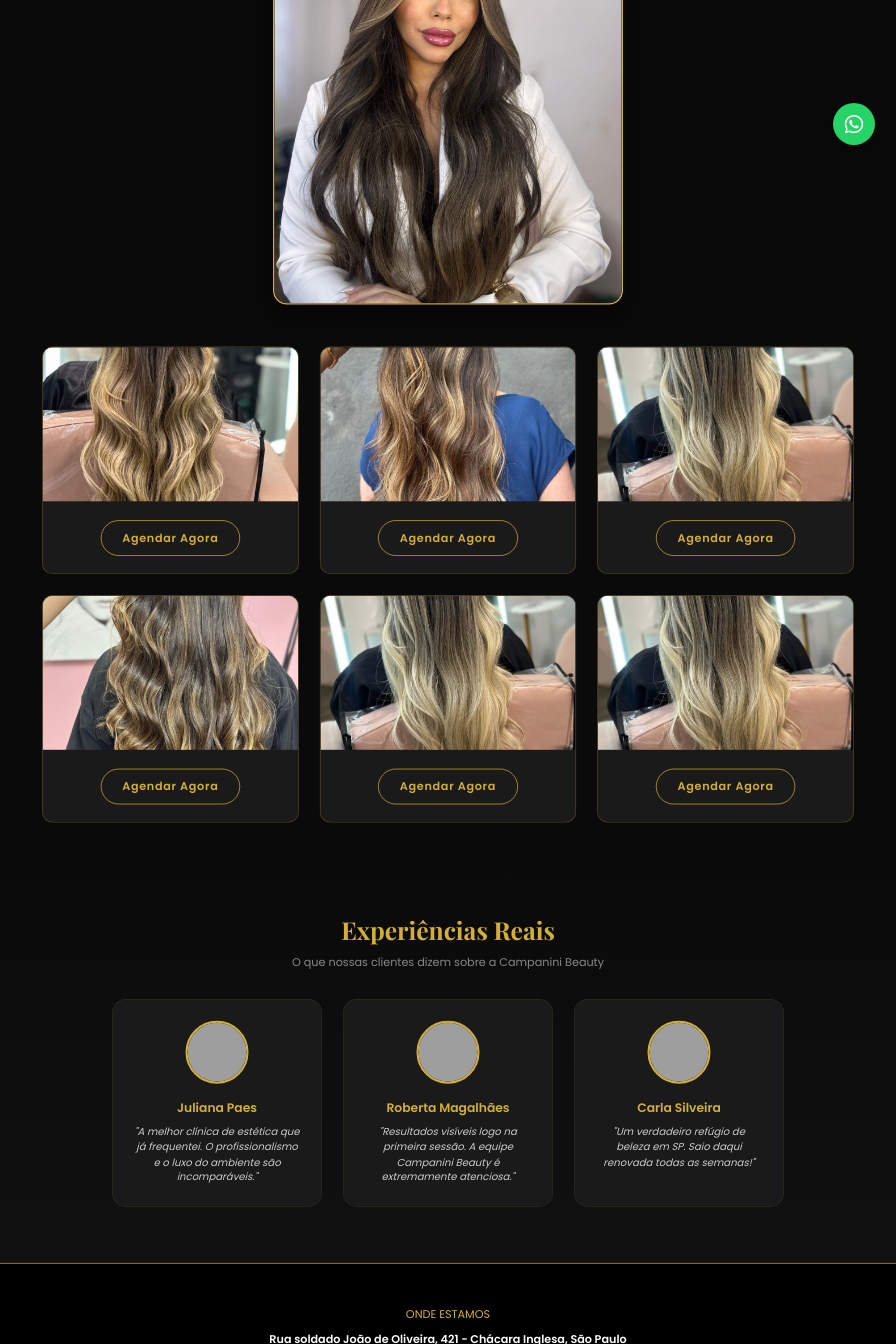
Repository: Sandro1969-tech/campanini-beauty
Page: index.html
An editor plug-in stored every save of this project. The page is shown before and after the next save, followed by the edit.
The browser window is 1280 px wide. The pictures show the part of the page from y = 483 to 2403 px (the page is 2941 px tall), at 70% of full size.
Pictures or frames that could not be fetched are drawn as grey boxes.

Above is the page before, as saved 2026-02-17 19:43:36.

### index.html
<!DOCTYPE html>
<html lang="pt-br">
<head>
    <meta charset="UTF-8">
    <meta name="viewport" content="width=device-width, initial-scale=1.0">
    <title>Campanini Beauty | Clínica Premium</title>
    <link rel="icon" href="assets/image/favicon.png" type="image/x-icon">
    <link href="https://fonts.googleapis.com/css2?family=Playfair+Display:wght@700&family=Poppins:wght@300;400;600&display=swap" rel="stylesheet">
    <link rel="stylesheet" href="https://cdnjs.cloudflare.com/ajax/libs/font-awesome/6.0.0/css/all.min.css">

    <style>
        :root {
            --gold: #D4AF37;
            --gold-light: #F1D592;
            --black: #0a0a0a;
            --dark-gray: #1a1a1a;
            --white: #ffffff;
            --transition: all 0.4s cubic-bezier(0.175, 0.885, 0.32, 1.275);
        }

        .light-mode {
            --black: #f4f4f4;
            --dark-gray: #ffffff;
            --white: #0a0a0a;
        }

        * { margin: 0; padding: 0; box-sizing: border-box; }

        body {
            background-color: var(--black);
            color: var(--white);
            font-family: 'Poppins', sans-serif;
            transition: background 0.5s ease;
            overflow-x: hidden;
        }

        header {
            padding: 15px 30px;
            display: flex;
            justify-content: space-between;
            align-items: center;
            background: rgba(0,0,0,0.9);
            position: sticky;
            top: 0;
            z-index: 1000;
            border-bottom: 1px solid var(--gold);
        }

        .logo img { height: 50px; }

        .theme-switch { cursor: pointer; font-size: 1.5rem; color: var(--gold); }

        /* --- TÍTULO PULSANTE ATUALIZADO --- */
        .pulsing-title {
            font-family: 'Playfair Display', serif;
            font-size: 3.5rem;
            text-align: center;
            color: var(--gold);
            margin: 40px 0;
            animation: pulse 2.5s infinite;
            letter-spacing: 2px;
        }

        @keyframes pulse {
            0% { transform: scale(1); text-shadow: 0 0 5px rgba(212, 175, 55, 0.2); }
            50% { transform: scale(1.05); text-shadow: 0 0 25px var(--gold); }
            100% { transform: scale(1); text-shadow: 0 0 5px rgba(212, 175, 55, 0.2); }
        }

        /* --- IMAGEM PRINCIPAL CENTRALIZADA E MENOR --- */
        .hero {
            width: 100%;
            display: flex;
            justify-content: center;
            padding: 10px 20px;
        }

        .hero img {
            max-width: 500px; /* Tamanho reduzido para não ocupar a tela toda */
            width: 100%;
            height: auto;
            border-radius: 20px;
            object-fit: cover;
            border: 2px solid var(--gold);
            box-shadow: 0 15px 35px rgba(0,0,0,0.6);
        }

        /* --- GRID DE SERVIÇOS --- */
        .container { max-width: 1200px; margin: 50px auto; padding: 0 20px; }
        .grid { display: grid; grid-template-columns: repeat(auto-fit, minmax(280px, 1fr)); gap: 30px; }

        .card {
            background: var(--dark-gray);
            border: 1px solid rgba(212, 175, 55, 0.3);
            border-radius: 15px;
            overflow: hidden;
            text-align: center;
            padding-bottom: 25px;
            transition: var(--transition);
        }

        .card:hover {
            transform: translateY(-10px);
            border-color: var(--gold);
            box-shadow: 0 10px 30px rgba(212, 175, 55, 0.2);
        }

        .card img {
            width: 100%;
            height: 220px;
            object-fit: cover; /* Garante que a imagem não fique esticada */
        }

        /* --- SEÇÃO DE DEPOIMENTOS --- */
        .testimonials-section {
            padding: 80px 20px;
            background: linear-gradient(180deg, var(--black) 0%, #111 100%);
            text-align: center;
        }

        .testimonials-grid {
            display: flex;
            justify-content: center;
            flex-wrap: wrap;
            gap: 30px;
            margin-top: 40px;
        }

        .testimonial-card {
            background: var(--dark-gray);
            padding: 30px;
            border-radius: 20px;
            width: 300px;
            border: 1px solid rgba(212, 175, 55, 0.1);
            position: relative;
        }

        .testimonial-card img {
            width: 90px;
            height: 90px;
            border-radius: 50%;
            border: 3px solid var(--gold);
            margin-bottom: 15px;
            object-fit: cover;
        }

        .testimonial-card h4 { color: var(--gold); margin-bottom: 10px; font-size: 1.1rem; }
        .testimonial-card p { font-style: italic; font-size: 0.9rem; color: #ccc; line-height: 1.5; }

        .btn-booking {
            display: inline-block;
            margin-top: 20px;
            padding: 12px 30px;
            background: transparent;
            color: var(--gold);
            border: 1px solid var(--gold);
            border-radius: 50px;
            text-decoration: none;
            font-weight: 600;
            letter-spacing: 1px;
            transition: var(--transition);
        }

        .btn-booking:hover {
            background: var(--gold);
            color: var(--black);
            transform: scale(1.05);
        }

        /* WhatsApp */
        .whatsapp-float {
            position: fixed; bottom: 30px; right: 30px;
            background: #25d366; color: white;
            width: 60px; height: 60px; border-radius: 50%;
            display: flex; align-items: center; justify-content: center;
            font-size: 30px; z-index: 1000; text-decoration: none;
            box-shadow: 0 4px 15px rgba(0,0,0,0.3);
        }

        footer { padding: 60px 20px; text-align: center; border-top: 1px solid var(--gold); background: #000; }
        .map-container { margin: 30px auto; max-width: 900px; height: 350px; border: 1px solid var(--gold); border-radius: 10px; overflow: hidden; }

    </style>
</head>
<body>

    <header>
        <div class="logo">
            <img src="assets/image/Logo-campanini.png" alt="Campanini Beauty">
        </div>
        <div class="theme-switch" onclick="toggleTheme()">
            <i id="theme-icon" class="fas fa-moon"></i>
        </div>
    </header>

    <h1 class="pulsing-title">Campanini Beauty</h1>

    <div class="hero">
        <img src="assets/image/principal.jpg" alt="Destaque Campanini Beauty">
    </div>

    <div class="container">
        <div class="grid">
            <div class="card">
                <img src="assets/image/imagem1.jpg" alt="Procedimento">
                <a href="#" class="btn-booking">Agendar Agora</a>
            </div>
            <div class="card">
                <img src="assets/image/imagem2.jpg" alt="Procedimento">
                <a href="#" class="btn-booking">Agendar Agora</a>
            </div>
            <div class="card">
                <img src="assets/image/imagem3.jpg" alt="Procedimento">
                <a href="#" class="btn-booking">Agendar Agora</a>
            </div>
                        <div class="card">
                <img src="assets/image/imagem4.jpg" alt="Procedimento">
                <a href="#" class="btn-booking">Agendar Agora</a>
            </div>
            <div class="card">
                <img src="assets/image/imagem3.jpg" alt="Procedimento">
                <a href="#" class="btn-booking">Agendar Agora</a>
            </div>
            <div class="card">
                <img src="assets/image/imagem3.jpg" alt="Procedimento">
                <a href="#" class="btn-booking">Agendar Agora</a>
            </div>

        </div>
    </div>

    <section class="testimonials-section">
        <h2 style="font-family: 'Playfair Display'; color: var(--gold); font-size: 2.2rem; margin-bottom: 10px;">Experiências Reais</h2>
        <p style="color: #888;">O que nossas clientes dizem sobre a Campanini Beauty</p>

        <div class="testimonials-grid">
            <div class="testimonial-card">
                <img src="https://randomuser.me/api/portraits/women/32.jpg" alt="Cliente">
                <h4>Juliana Paes</h4>
                <p>"A melhor clínica de estética que já frequentei. O profissionalismo e o luxo do ambiente são incomparáveis."</p>
            </div>
            <div class="testimonial-card">
                <img src="https://randomuser.me/api/portraits/women/45.jpg" alt="Cliente">
                <h4>Roberta Magalhães</h4>
                <p>"Resultados visíveis logo na primeira sessão. A equipe Campanini Beauty é extremamente atenciosa."</p>
            </div>
            <div class="testimonial-card">
                <img src="https://randomuser.me/api/portraits/women/65.jpg" alt="Cliente">
                <h4>Carla Silveira</h4>
                <p>"Um verdadeiro refúgio de beleza em SP. Saio daqui renovada todas as semanas!"</p>
            </div>
        </div>
    </section>

    <footer>
        <p style="color: var(--gold); margin-bottom: 10px;">ONDE ESTAMOS</p>
        <p><strong>Rua soldado João de Oliveira, 421 - Chácara Inglesa, São Paulo</strong></p>

        <div class="map-container">
            <iframe src="https://www.google.com/maps/embed?pb=!1m18!1m12!1m3!1d3656.345!2d-46.638!3d-23.60!2m3!1f0!2f0!3f0!3m2!1i1024!2i768!4f13.1!3m3!1m2!1s0x0%3A0x0!2zMjPCsDM2JzAwLjAiUyA0NsKwMzgnMTYuOCJX!5e0!3m2!1spt-BR!2sbr!4v1620000000000" width="100%" height="100%" style="border:0;" allowfullscreen="" loading="lazy"></iframe>
        </div>

        <a href="#" class="insta-icon"><i class="fab fa-instagram"></i></a>
        <p style="margin-top: 20px; font-size: 0.8rem; color: #555;">© 2026 Campanini Beauty. Todos os direitos reservados.</p>
    </footer>

    <a href="https://wa.me/5511999999999" class="whatsapp-float">
        <i class="fab fa-whatsapp"></i>
    </a>

    <script>
        function toggleTheme() {
            const body = document.body;
            const icon = document.getElementById('theme-icon');
            body.classList.toggle('light-mode');
            if (body.classList.contains('light-mode')) {
                icon.className = 'fas fa-sun';
            } else {
                icon.className = 'fas fa-moon';
            }
        }
    </script>
</body>
</html>

After the next save:
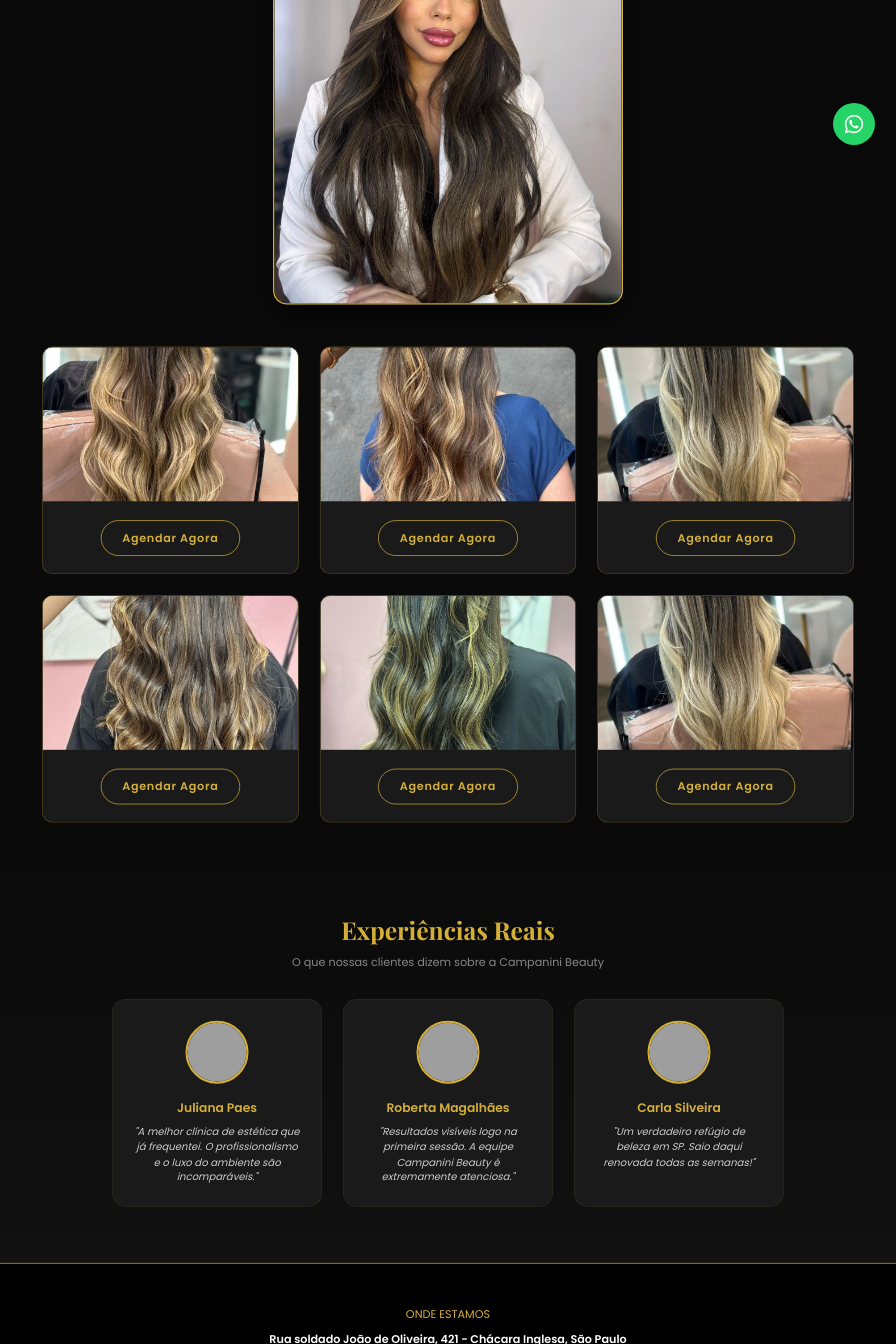
Saved 9 s later.
--- a/index.html
+++ b/index.html
@@ -218,7 +218,7 @@
                 <a href="#" class="btn-booking">Agendar Agora</a>
             </div>
             <div class="card">
-                <img src="assets/image/imagem3.jpg" alt="Procedimento">
+                <img src="assets/image/imagem5.jpg" alt="Procedimento">
                 <a href="#" class="btn-booking">Agendar Agora</a>
             </div>
             <div class="card">
